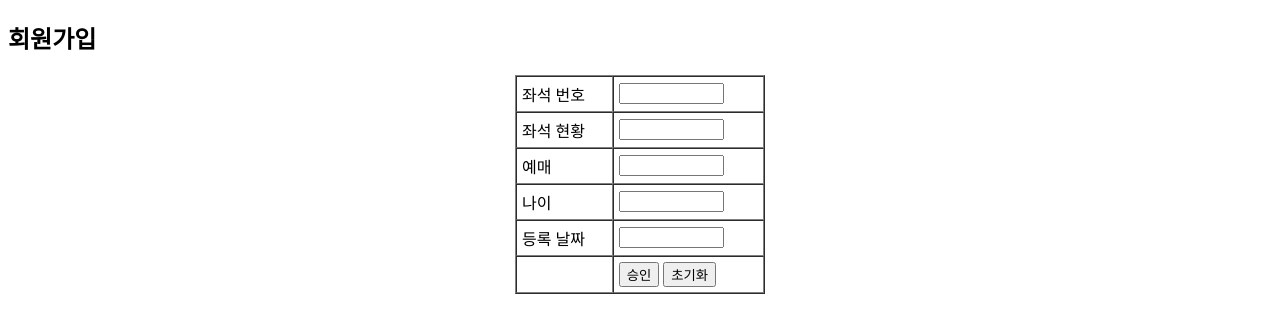
Repository: lmcoa15/Movie
Page: http://localhost/movie/user/user_membership.jsp
These files come from the project's save history. The page is drawn as it stood at one moment and after the next save; the edit follows.
The browser window is 1280 px wide. The pictures show the whole page.
The page is served by Tomcat 9. Other server files are loaded and not shown.

Above is the page before, as saved 2015-12-09 09:38:01.

### workspace/movie/WebContent/user/user_membership.jsp
<%@ page language="java" contentType="text/html; charset=UTF-8"
    pageEncoding="UTF-8"%>
<!DOCTYPE html PUBLIC "-//W3C//DTD HTML 4.01 Transitional//EN" "http://www.w3.org/TR/html4/loose.dtd">
<html>
<head>
<meta http-equiv="Content-Type" content="text/html; charset=UTF-8">
<title>Insert title here</title>
</head>
<body>
<%String films_id=request.getParameter("films_id");
System.out.println(films_id);%>
<h2>회원가입</h2>
	<form method ="post" action="membership_control.jsp" name="form">
	<input type=hidden name="action" value="confirm">
	<table width="250" border="1"align="center" cellspacing="0"
												cellpadding="5">

	<tr>
		<td>좌석 번호</td>
		<td><input type="text" name="name_mem" size=10></td>
	</tr>

	<tr>
		<td>좌석 현황</td>
		<td><input type="password" name="password" size=10></td>
	</tr>

	<tr>
		<td>예매</td>
		<td><input type="password" name="password_confirm" size=10></td>
	</tr>

	<tr>
		<td>나이</td>
		<td><input type="text" name="age_mem" size=10></td>
	</tr>

	<tr>
		<td>등록 날짜</td>
		<td><input type="text" name="rdate" size=10></td>
	</tr>

	<tr>
		<td></td>
		<td><input type="Submit" name="join_obtain_button" value="승인" size=1>
			<input type="reset" name="join_initialization_button" value="초기화" size=1>
		</td>
	</tr>
</form>
</body>
</html>

After the next save:
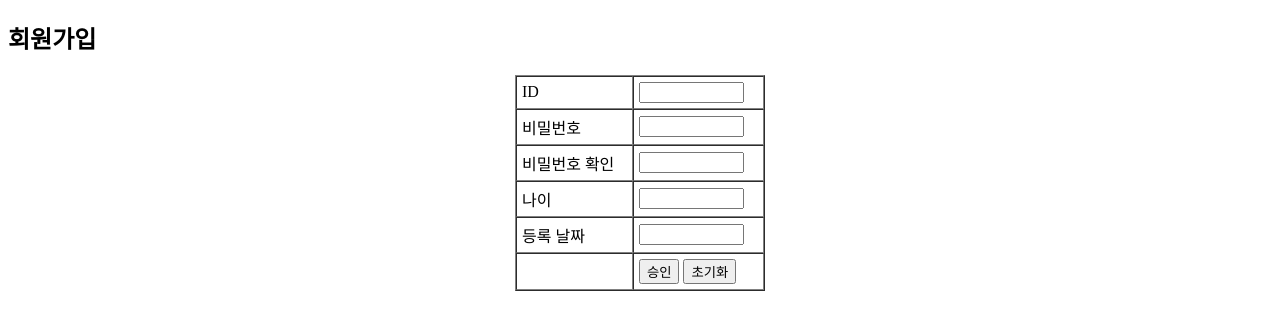
Saved 6 min 46 s later.
--- a/workspace/movie/WebContent/user/user_membership.jsp
+++ b/workspace/movie/WebContent/user/user_membership.jsp
@@ -16,17 +16,17 @@ System.out.println(films_id);%>
 												cellpadding="5">
 
 	<tr>
-		<td>좌석 번호</td>
-		<td><input type="text" name="name_mem" size=10></td>
+		<td>ID</td>
+		<td><input type="text" name="id_mem" size=10></td>
 	</tr>
 
 	<tr>
-		<td>좌석 현황</td>
+		<td>비밀번호</td>
 		<td><input type="password" name="password" size=10></td>
 	</tr>
 
 	<tr>
-		<td>예매</td>
+		<td>비밀번호 확인</td>
 		<td><input type="password" name="password_confirm" size=10></td>
 	</tr>
 
